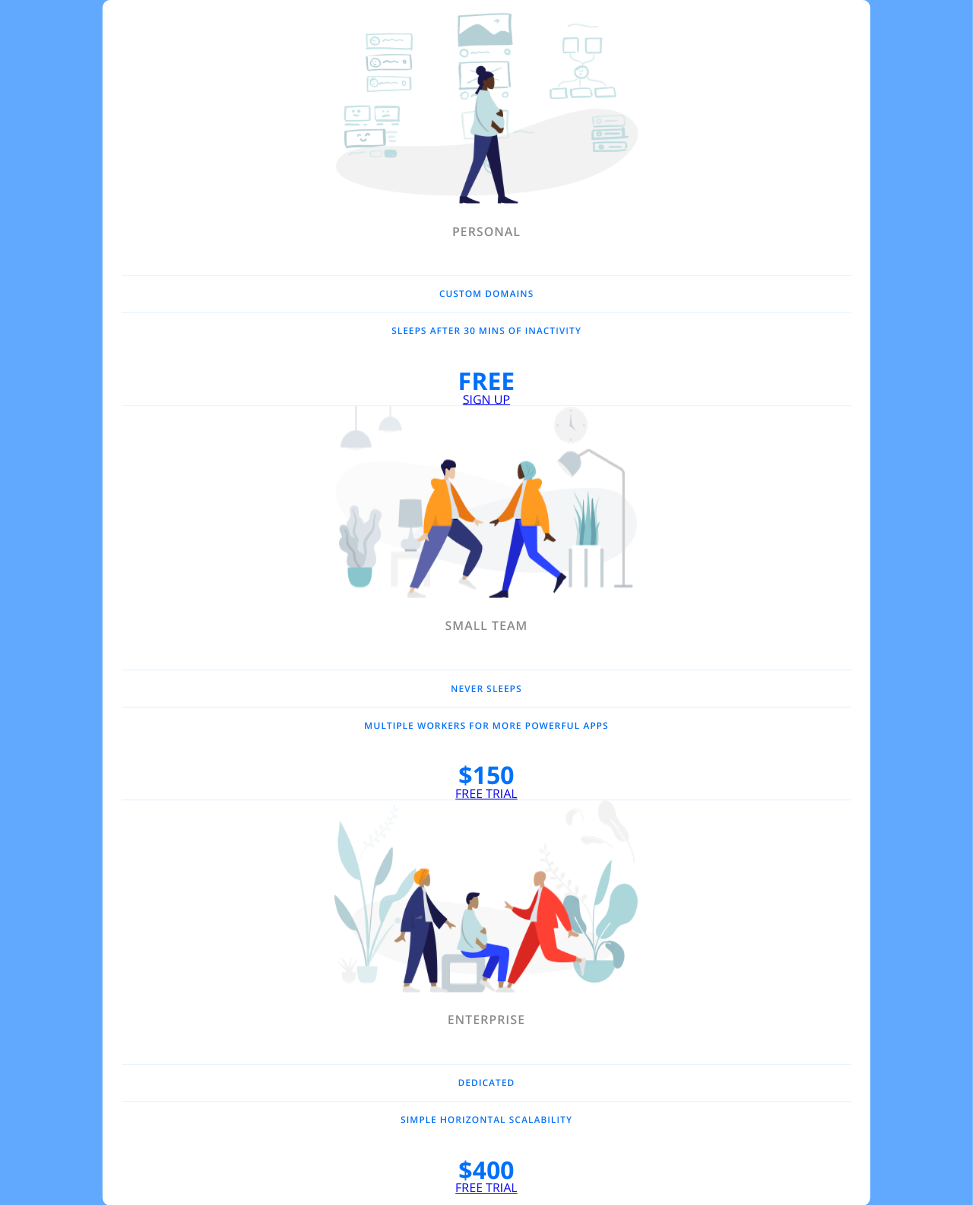
Repository: patrik-fredlund/pricing_panel_udemy
Page: PriceTableStarter/index.html
These files come from the project's save history. The page is drawn as it stood at one moment and after the next save; the edit follows.
The browser window is 1280 px wide. The pictures show the whole page, at 76% of full size.

Above is the page before, as saved 2021-06-27 13:41:59.

### PriceTableStarter/index.html
<!DOCTYPE html>
<html lang="en">

<head>
    <meta charset="UTF-8">
    <meta name="viewport" content="width=device-width, initial-scale=1.0">
    <title>Price Tiers</title>
    <link rel="stylesheet" href="https://fonts.googleapis.com/css?family=Open+Sans:400,600,700">
    <link rel="stylesheet" href="app.css">
</head>

<body>
    <div class="panel pricing-table">

        <div class="pricing-plan">
            <img src="icons/icon1.png" alt="" class="pricing-img">
            <h2 class="pricing-header">Personal</h2>
            <ul class="pricing-features">
                <li class="pricing-features-item">Custom domains</li>
                <li class="pricing-features-item">Sleeps after 30 mins of inactivity</li>
            </ul>
            <span class="pricing-price">Free</span>
            <a href="#/" class="pricing-button">Sign up</a>
        </div>

        <div class="pricing-plan">
            <img src="icons/icon2.png" alt="" class="pricing-img">
            <h2 class="pricing-header">Small team</h2>
            <ul class="pricing-features">
                <li class="pricing-features-item">Never sleeps</li>
                <li class="pricing-features-item">Multiple workers for more powerful apps</li>
            </ul>
            <span class="pricing-price">$150</span>
            <a href="#/" class="pricing-button is-featured">Free trial</a>
        </div>

        <div class="pricing-plan">
            <img src="icons/icon3.png" alt="" class="pricing-img">
            <h2 class="pricing-header">Enterprise</h2>
            <ul class="pricing-features">
                <li class="pricing-features-item">Dedicated</li>
                <li class="pricing-features-item">Simple horizontal scalability</li>
            </ul>
            <span class="pricing-price">$400</span>
            <a href="#/" class="pricing-button">Free trial</a>
        </div>

    </div>

</body>

</html>

### PriceTableStarter/app.css
/* http://meyerweb.com/eric/tools/css/reset/
   v2.0 | 20110126
   License: none (public domain)
*/

/* ---------------css reset------------------ */

html, body, div, span, applet, object, iframe,
h1, h2, h3, h4, h5, h6, p, blockquote, pre,
a, abbr, acronym, address, big, cite, code,
del, dfn, em, img, ins, kbd, q, s, samp,
small, strike, strong, sub, sup, tt, var,
b, u, i, center,
dl, dt, dd, ol, ul, li,
fieldset, form, label, legend,
table, caption, tbody, tfoot, thead, tr, th, td,
article, aside, canvas, details, embed,
figure, figcaption, footer, header, hgroup,
menu, nav, output, ruby, section, summary,
time, mark, audio, video {
	margin: 0;
	padding: 0;
	border: 0;
	font-size: 100%;
	font: inherit;
	vertical-align: baseline;
}
/* HTML5 display-role reset for older browsers */
article, aside, details, figcaption, figure,
footer, header, hgroup, menu, nav, section {
	display: block;
}
body {
	line-height: 1;
}
ol, ul {
	list-style: none;
}
blockquote, q {
	quotes: none;
}
blockquote:before, blockquote:after,
q:before, q:after {
	content: '';
	content: none;
}
table {
	border-collapse: collapse;
	border-spacing: 0;
}


/* ------------------------------------------- */

html {
    box-sizing: border-box;
    font-family: 'Open Sans', sans-serif;
}

body {
    background-color: #60a9ff;
    display: flex;
    justify-content: center;
    align-items: center;
    min-height: 100vh;
}

.panel {
    background-color: white;
    border-radius: 10px;
    padding: 15px 25px;
    width: 100%;
    max-width: 960px;
    display: flex;
    flex-direction: column;
    text-align: center;
    text-transform: uppercase;
}

.pricing-plan {
    border-bottom: 1px solid #e1f1ff;
}

.pricing-plan:last-child {
    border-bottom: none;
}

.pricing-img {
    margin-bottom: 25px;
    /* width: 100%; */
    max-width: 100%;
}

.pricing-header {
    color: #888;
    font-weight: 600;
    letter-spacing: 1px;
}

.pricing-features {
    margin: 50px 0 25px;
    color: #016ff9;
}

.pricing-features-item {
    font-weight: 600;
    letter-spacing: 1px;
    font-size: 12px;
    line-height: 1.5;
    padding: 15px 0;
    border-top: 1px solid #e1f1ff;;

}

.pricing-price {
    color: #016ff9;
    display: block;
    font-size: 32px;
    font-weight: 700;
}

After the next save:
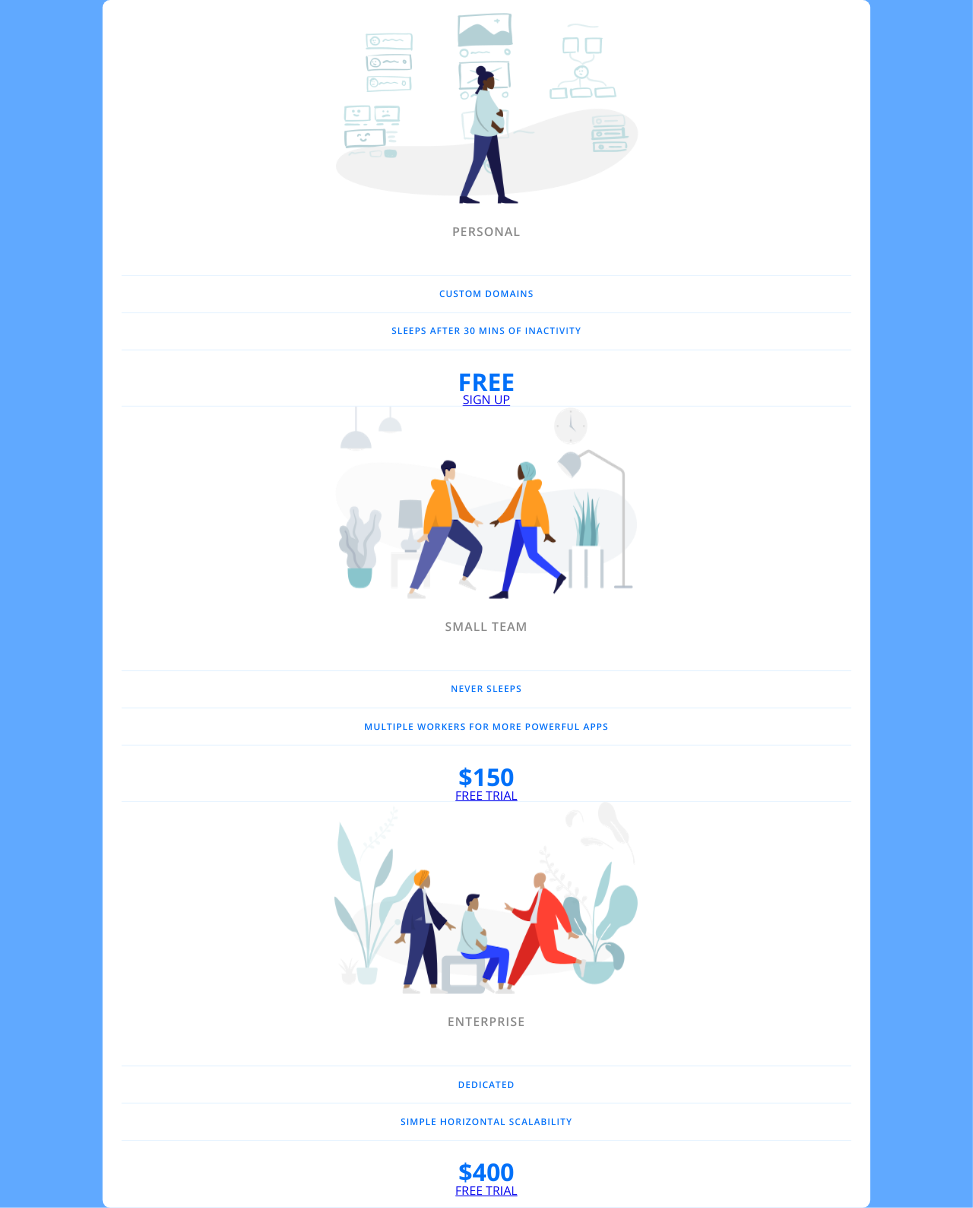
Saved 50 s later.
--- a/PriceTableStarter/app.css
+++ b/PriceTableStarter/app.css
@@ -112,6 +112,11 @@ body {
 
 }
 
+.pricing-features-item:last-child {
+    border-bottom: 1px solid #e1f1ff;;
+
+}
+
 .pricing-price {
     color: #016ff9;
     display: block;
